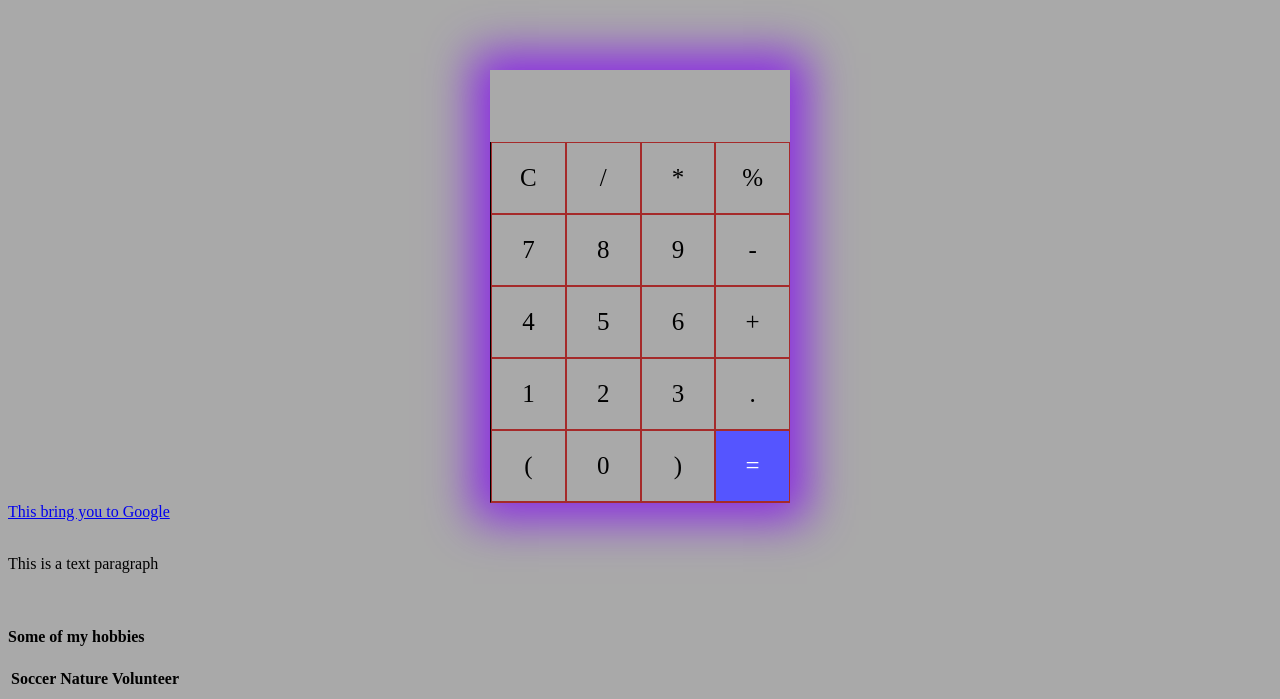
Repository: EX-Salesforce-Training/squad-repo-hapsburg-hopefuls
Page: squad-repo-hapsburg-hopefuls/abouteYao.html
The author's editor kept a copy of each file at every save. The page is drawn from the files as they stood at one save, then again after the next save.
The browser window is 1280 px wide. The pictures show the part of the page from y = 541 to 1240 px (the page is 1240 px tall).
A picture or video elsewhere on the page could not be fetched, so the positions and the page height are approximate.

Above is the page before, as saved 2021-11-27 10:14:53.

### squad-repo-hapsburg-hopefuls/abouteYao.html
<!DOCTYPE html>
<html>

<head>

    <title>This is a new day</title>

    <style>
       body {background-color: darkgray;

       }
       div {
          font-style: var(green);
       }
    </style>
    <meta charset="URL-8">
<meta name="viewport" content="width=device-width, initial-scale=1.0">
<link rel="stylesheet" href="abouteYao.css">
<br>
</head>

<body>
<div>
<ol>
    <h1 style="background-color: darkcyan;">My order list of fruit</h1>
    <li>Mango</li>
    <li>Orange</li>
    <li>Avocado</li>
</ol>
   <br>
   <br>
<ul>
    <h2 style="color:chartreuse">My unorder list of book</h2>

    <li> The richess man in Babylon</li>
    <li>How to read a book</li>
    <li>L'avanture de Bouma</li>

</ul>

</div>

   <br>
<div>
   <img style="width: 200px;" src="C:\Users\huber\OneDrive\Pictures\Camera Roll\new.jpg">
</div>
<br>
<section>
   <div class="container">
   <div id="display"></div>
   <div class="buttons">
   <div class="button">C</div>
   <div class="button">/</div>
   <div class="button">*</div>
   <div class="button">%</div>
   <div class="button">7</div>
   <div class="button">8</div>
   <div class="button">9</div>
   <div class="button">-</div>
   <div class="button">4</div>
   <div class="button">5</div>
   <div class="button">6</div>
   <div class="button">+</div>
   <div class="button">1</div>
   <div class="button">2</div>
   <div class="button">3</div>
   <div class="button">.</div>
   <div class="button">(</div>
   <div class="button">0</div>
   <div class="button">)</div>
   <div id ="equal" class="button">=</div>

   </div>
   </section>
   <script src="abouteYao.js"></script>
   <div>

<a href="https://www.google.com">This bring you to Google</a>

   </div>
<br>
<p class="Classname" Id="Cname" tabindex="">This is a text paragraph</p>
<br>
<div>
<h4>Some of my hobbies</h4>

 <table>
    <tr>
        <th>Soccer</th>
        <th>Nature</th>
        <th>Volunteer</th>
    </tr>

 </table>
</div>
</body>
</html>

### squad-repo-hapsburg-hopefuls/abouteYao.css
.container {
    max-width: 300px;
    margin: 10vh auto 0 auto;
    box-shadow: 0px 0px 43px 17px blueviolet;
    }
    #display {
       text-align: right;
       height:40px;
       line-height:40px;
       padding: 16px 8px;
       font-size: 25px;
    }
    .buttons {
    display: grid;
    border-bottom: 1px solid brown;
    border-left: 1px solid black;
    grid-template-columns: 1fr 1fr 1fr 1fr;
    }
    .buttons div {
    Border-top: 1px solid brown;
    Border-right: 1px solid brown;
    }
    .button {
    Border: 0.5px solid brown;
    Line-height: 70px;
    Text-align: center;
    Font-size: 25px;
    Cursor: pointer;
    }
    #equal {
    Background-color: #5555ff;
    Color: #fff;
    }
    .button:hover {
    Background-color: #323330;
    Color: #fff;
    Transition: 0.5s ease-in-out;
    }

### squad-repo-hapsburg-hopefuls/abouteYao.js
let display = document.getElementById('display');
let buttons = Array.from(document.getElementsByClassName('button'));
buttons.map( button => {
button.addEventListener('click', (e) => {
    switch(e.target.innerText) {

        case 'C':
            display.innerText ='';
            break;
        case '=':
        try{
        display.innerText = eval(display.innerText);
        }
        catch{
        display.innerText ='ERROR';
        }
        break;
        default:
        display.innerText += e.target.innerText;
        }
        });
        });

After the next save:
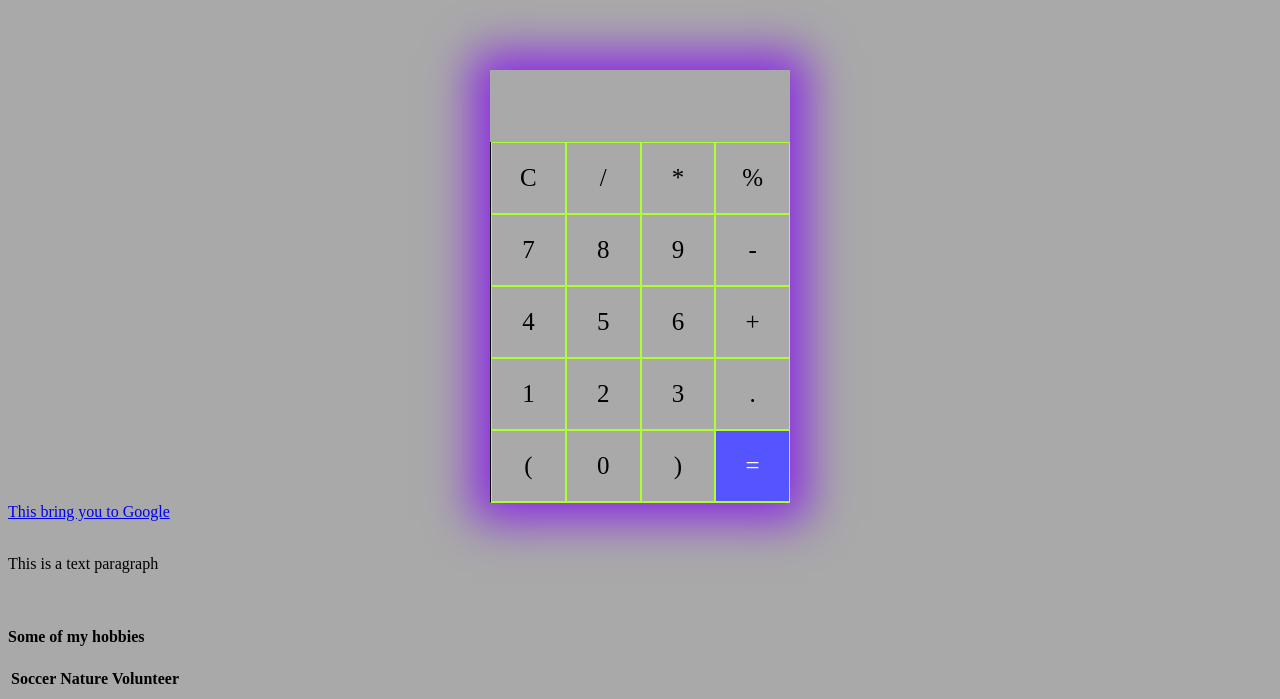
Saved 3 min 11 s later.
--- a/squad-repo-hapsburg-hopefuls/abouteYao.css
+++ b/squad-repo-hapsburg-hopefuls/abouteYao.css
@@ -12,16 +12,16 @@
     }
     .buttons {
     display: grid;
-    border-bottom: 1px solid brown;
+    border-bottom: 1px solid greenyellow;
     border-left: 1px solid black;
     grid-template-columns: 1fr 1fr 1fr 1fr;
     }
     .buttons div {
-    Border-top: 1px solid brown;
-    Border-right: 1px solid brown;
+    Border-top: 1px solid greenyellow;
+    Border-right: 1px solid greenyellow;
     }
     .button {
-    Border: 0.5px solid brown;
+    Border: 0.5px solid greenyellow;
     Line-height: 70px;
     Text-align: center;
     Font-size: 25px;
